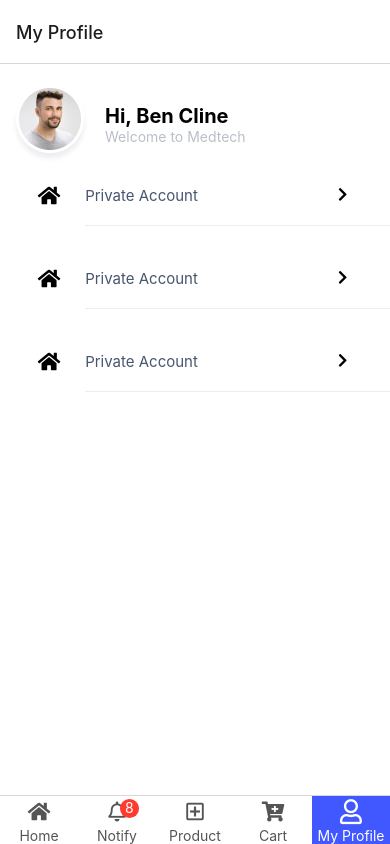
Repository: ntu34543/designReactNative
Screen: /My Profile
These files come from the project's save history. The screen is drawn as it stood at one moment and after the next save; the edit follows.
The app was drawn by React Native's web renderer in a window 390 px wide. The project was rebuilt for these pictures with package versions that can differ from the ones it lists, and the page was loaded fresh each time. Also part of the build but not shown: page/DiabetesCare.js, page/Notify.js, page/Cart.js.

Above is the screen before, as saved 2022-11-02 10:56:57.

### App.js
import { StatusBar } from "expo-status-bar";
import { StyleSheet, Text, View, Pressable, TabBarIOSItem } from "react-native";
import { NavigationContainer } from "@react-navigation/native";
import { createStackNavigator } from "@react-navigation/stack";
import ScreenA from "./page/Home";
import ScreenB from "./page/DiabetesCare";
import Profile from "./page/Profile";
import Notify from "./page/Notify";
import Cart from "./page/Cart";
import FontAwesome5 from "react-native-vector-icons/FontAwesome5";
import { createBottomTabNavigator } from "@react-navigation/bottom-tabs";

const Tab = createBottomTabNavigator();
const Stack = createStackNavigator();
// const Tab = createStackNavigator();
export default function App() {
  return (
    <NavigationContainer>
      <Tab.Navigator
        // screenOptions={{ header: () => null }}
        screenOptions={({ route }) => ({
          tabBarIcon: ({ focused, size, color }) => {
            let iconName;
            if (route.name === "Home") {
              iconName = "home";
              size = focused ? 25 : 20;
              // color = focused ? "#f0f" : "#555";
            } else if (route.name === "Product") {
              iconName = "plus-square";
              size = focused ? 25 : 20;
              // color = focused ? "#f0f" : "#555";
            } else if (route.name === "My Profile") {
              iconName = "user";
              size = focused ? 25 : 20;
              // color = focused ? "#f0f" : "#555";
            } else if (route.name === "Notify") {
              iconName = "bell";
              size = focused ? 25 : 20;
              // color = focused ? "#f0f" : "#555";
            } else if (route.name === "Cart") {
              iconName = "cart-plus";
              size = focused ? 25 : 20;
              // color = focused ? "#f0f" : "#555";
            }
            return <FontAwesome5 name={iconName} size={size} color={color} />;
          },
        })}
        tabBarOptions={{
          activeTintColor: "white",
          activeBackgroundColor: "#4157ff",
          inactiveTintColor: "#555",
          inactiveBackgroundColor: "white",
          showLabel: true,
          labelStyle: { fontSize: 14 },
        }}
      >
        <Tab.Screen
          name="Home"
          component={ScreenA}
          // options={{ tabBarBadge: 3 }}
        />
        {/* options={{header: () => null}} */}
        <Tab.Screen name="Notify" options={{ tabBarBadge: 8 }} component={Notify} />
        <Tab.Screen name="Product" component={ScreenB} />
        <Tab.Screen name="Cart" component={Cart} />
        <Tab.Screen name="My Profile" component={Profile} />
      </Tab.Navigator>
    </NavigationContainer>
  );
}

### page/Home.js
import { StatusBar } from "expo-status-bar";
import { StyleSheet, Text, View, Pressable } from "react-native";

export default function ScreenA({ navigation }) {
  const onPressHandler = () => {
    navigation.navigate("Screen_B");
    // navigation.replace("Screen_B");
  };
  return (
    <View style={styles.body}>
      <Text style={styles.text}>Home</Text>
      <Pressable
        onPress={onPressHandler}
        style={({ pressed }) => ({
          backgroundColor: pressed ? "#ddd" : "#0f0",
        })}
      >
        <Text style={styles.text}>Go to the Screen B</Text>
      </Pressable>
    </View>
  );
}

const styles = StyleSheet.create({
  body: {
    flex: 1,
    justifyContent: "center",
    alignItems: "center",
  },
  text: {
    fontSize: 30,
    fontWeight: "bold",
  },
});

### page/Profile.js
import { useState } from "react";
import { StatusBar } from "expo-status-bar";
import {
  StyleSheet,
  Text,
  View,
  Pressable,
  Image,
  ScrollView,
  FlatList,
  SafeAreaView,
} from "react-native";
import FontAwesome5 from "react-native-vector-icons/FontAwesome5";

export default function Profile({ navigation }) {
  const onPressHandler = () => {
    navigation.navigate("Screen_A");
    // navigation.goBack();
  };
  return (
    <View style={styles.body}>
      <View style={styles.header}>
        <Image
          style={styles.image}
          source={require("../assets/img/profile.png")}
        />
        <View style={styles.inf}>
          <Text style={styles.text1}>Hi, Ben Cline</Text>
          <Text style={styles.text2}>Welcome to Medtech</Text>
        </View>
      </View>
      <View style={styles.main}>
        <View style={styles.block}>
          <FontAwesome5 name="home" size={20} style={styles.iconHome} />
          <View style={styles.item}>
            <Text style={styles.text3}>Private Account</Text>
            <FontAwesome5 name="chevron-right" size={15} color="black" style={styles.iconChevron} />
          </View>
        </View>
        <View style={styles.block}>
          <FontAwesome5 name="home" size={20} style={styles.iconHome} />
          <View style={styles.item}>
            <Text style={styles.text3}>Private Account</Text>
            <FontAwesome5 name="chevron-right" size={15} color="black" style={styles.iconChevron} />
          </View>
        </View>
        <View style={styles.block}>
          <FontAwesome5 name="home" size={20} style={styles.iconHome} />
          <View style={styles.item}>
            <Text style={styles.text3}>Private Account</Text>
            <FontAwesome5 name="chevron-right" size={15} color="black" style={styles.iconChevron} />
          </View>
        </View>
      </View>
    </View>
  );
}

const styles = StyleSheet.create({
  body: {
    flex: 1,
    backgroundColor: "white",
    paddingLeft: 10,
    paddingRight: 0,
  },
  text: {
    fontSize: 30,
    fontWeight: "bold",
  },
  header: {
    flexDirection: "row",
    alignItems: "center",
    marginTop: 20,
  },
  inf: {
    marginLeft: 15,
  },
  image: {},
  text1: {
    fontWeight: "bold",
    fontSize: 20,
  },
  text2: {
    fontWeight: "light",
    fontSize: 14,
    color: "#b9bfc8",
  },
  main: {},
  block: {
    flexDirection: "row",
    alignItems: "center",
    justifyContent: "center",
    padding: 20,
  },
  item: {
    flexDirection: "row",
    borderBottomWidth: 1,
    borderBottomColor: "#091C3F14",
    marginLeft: 25,
    alignItems: "center",
    paddingRight: 45,
    paddingBottom: 20,
  },
  text3: {
    color: "#091C3FBF",
    fontWeight: "light",
    fontSize: 15,
  },
  iconChevron : {
    paddingLeft: 140,
  },
  iconHome: {
    marginLeft: 30,
    paddingBottom: 20,
  }
});

After the next save:
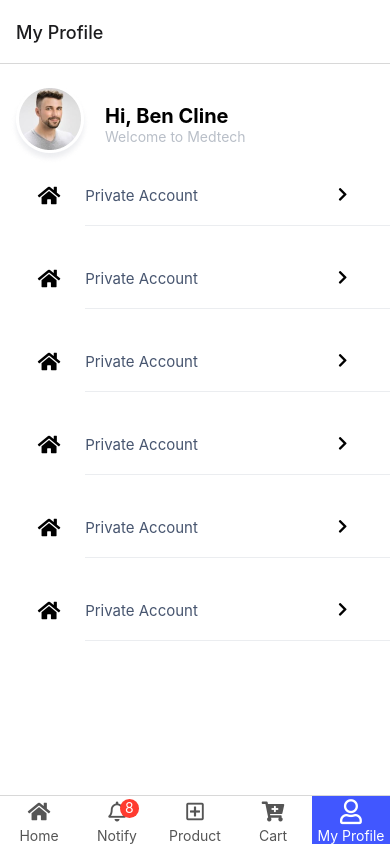
Saved 9 s later.
--- a/page/Profile.js
+++ b/page/Profile.js
@@ -30,6 +30,27 @@ export default function Profile({ navigation }) {
         </View>
       </View>
       <View style={styles.main}>
+        <View style={styles.block}>
+          <FontAwesome5 name="home" size={20} style={styles.iconHome} />
+          <View style={styles.item}>
+            <Text style={styles.text3}>Private Account</Text>
+            <FontAwesome5 name="chevron-right" size={15} color="black" style={styles.iconChevron} />
+          </View>
+        </View>
+        <View style={styles.block}>
+          <FontAwesome5 name="home" size={20} style={styles.iconHome} />
+          <View style={styles.item}>
+            <Text style={styles.text3}>Private Account</Text>
+            <FontAwesome5 name="chevron-right" size={15} color="black" style={styles.iconChevron} />
+          </View>
+        </View>
+        <View style={styles.block}>
+          <FontAwesome5 name="home" size={20} style={styles.iconHome} />
+          <View style={styles.item}>
+            <Text style={styles.text3}>Private Account</Text>
+            <FontAwesome5 name="chevron-right" size={15} color="black" style={styles.iconChevron} />
+          </View>
+        </View>
         <View style={styles.block}>
           <FontAwesome5 name="home" size={20} style={styles.iconHome} />
           <View style={styles.item}>
